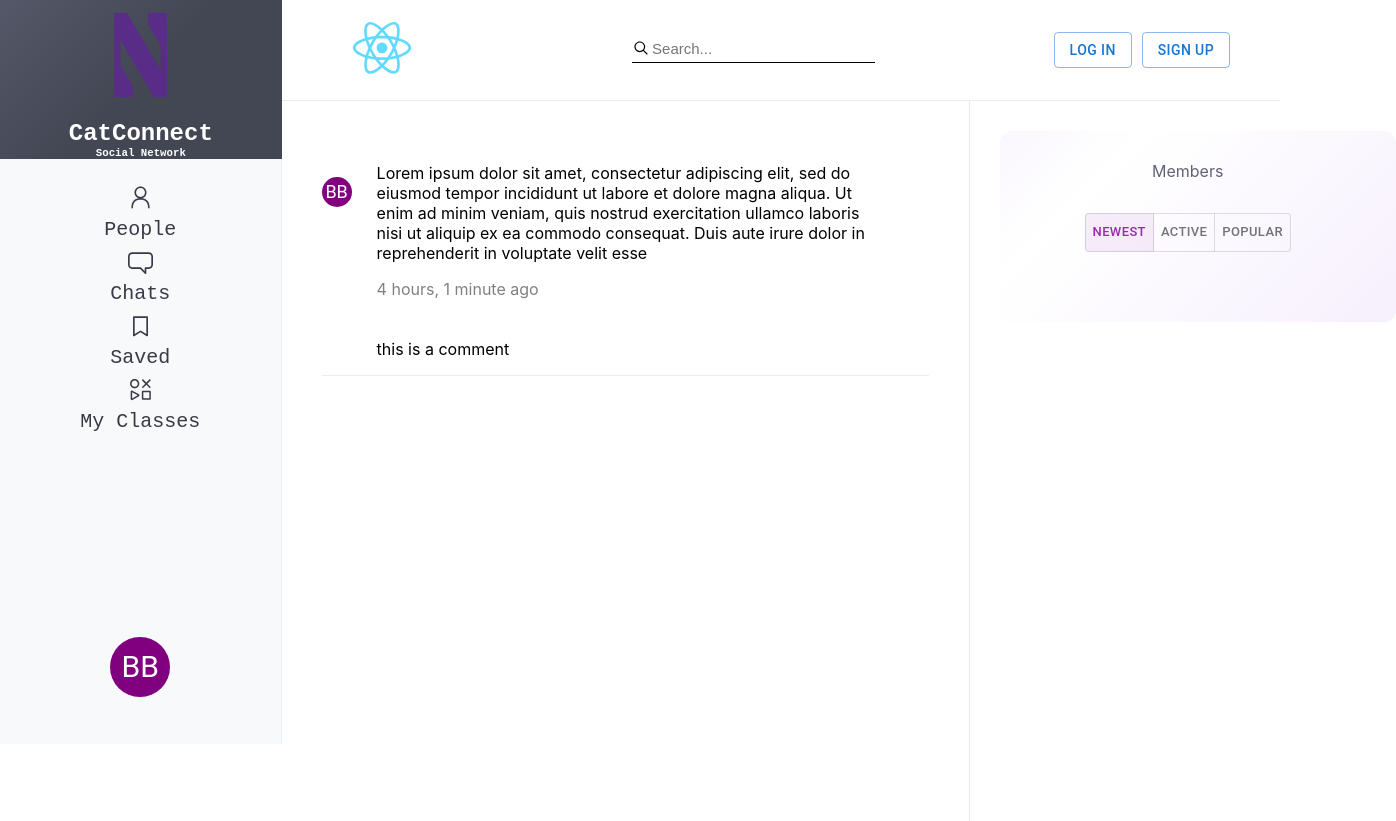
Repository: bbrockbrown/fws_proj
Page: / (app in frontend/)
These files come from the project's save history. The page is drawn as it stood at one moment and after the next save; the edit follows.
The browser window is 1280 px wide. The page is 1396 px wide, then 1286 px, then 1396 px, so the pictures cover 1396 px, including what lies to the right of the window. The pictures show the whole page.
The project was rebuilt for these pictures with package versions that can differ from the ones it lists, and the page was loaded fresh each time. Also part of the build but not shown: frontend/craco.config.js.

Above is the page before, as saved 2025-04-27 12:12:05.

After the next save:
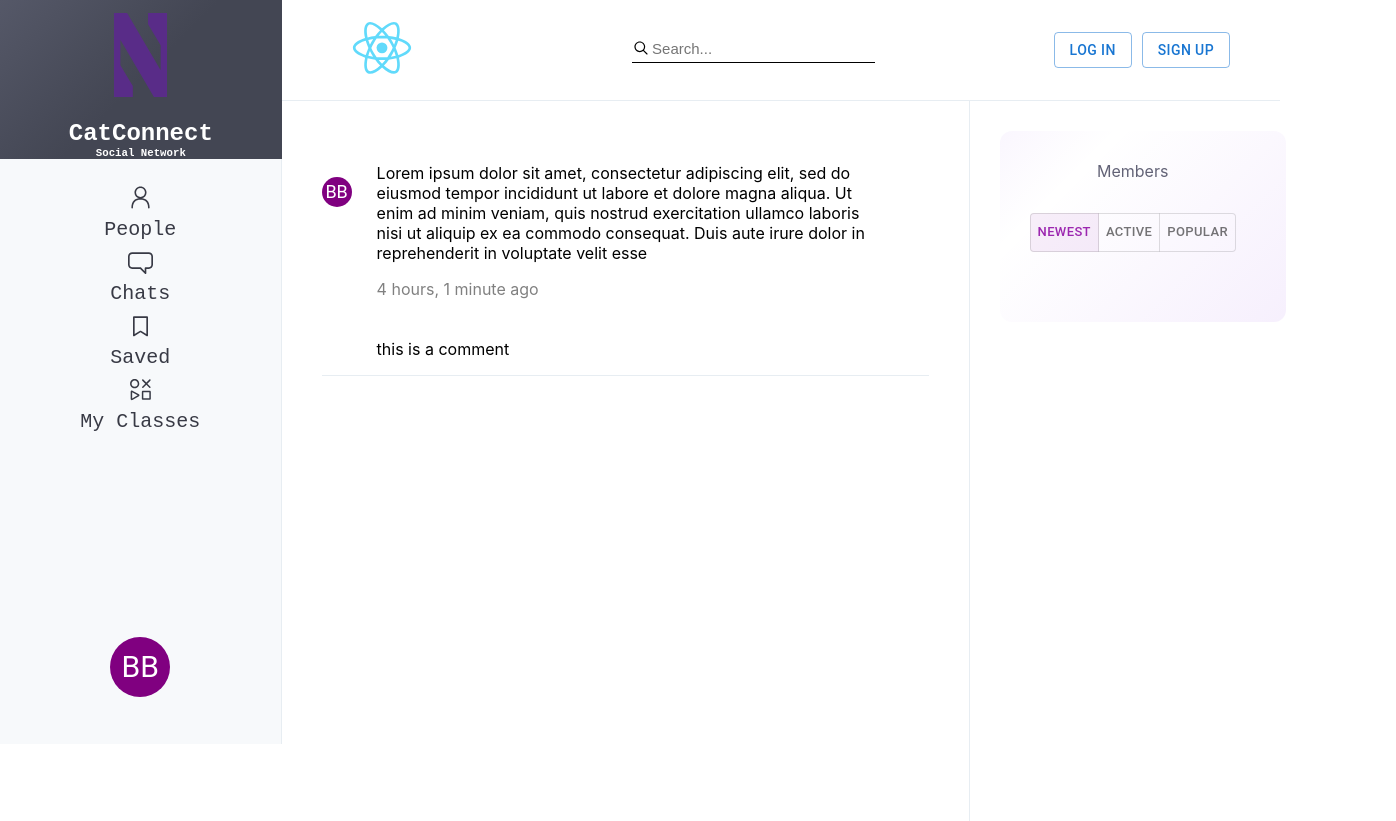
Saved 41 s later.
--- a/frontend/src/common/components/MemberCard.jsx
+++ b/frontend/src/common/components/MemberCard.jsx
@@ -5,8 +5,8 @@
 
 const MemCardContainer = styled.div`
   padding: 30px 50px 70px 30px;
-  min-width: 33.33%;
-  width: 100%;
+  // min-width: 33.33%;
+  // width: 100%;
   border-radius: 12px;
   color: rgb(98, 98, 118);
   background-color: rgba(130, 36, 227, 0.02);

After the save that followed:
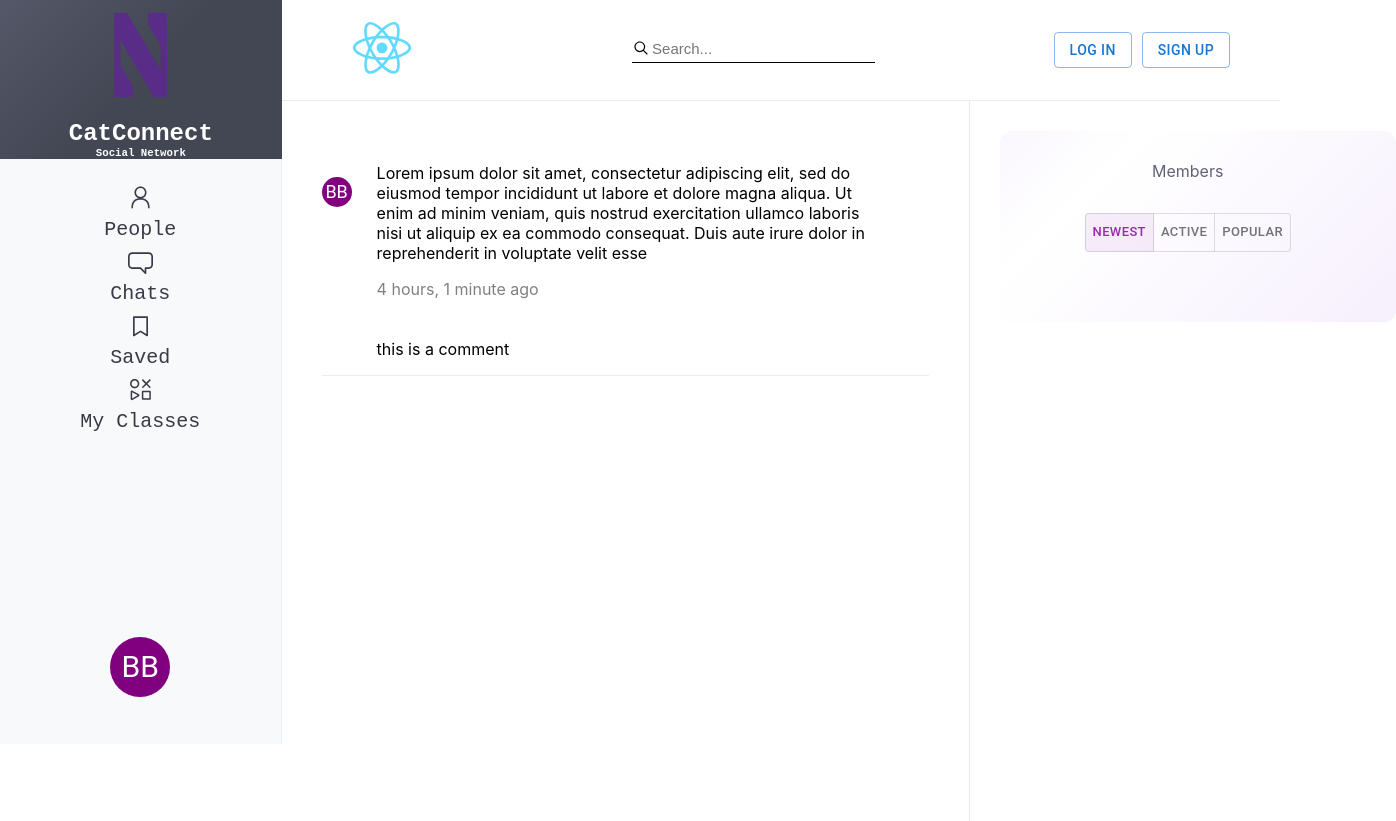
Saved 25 s later.
--- a/frontend/src/common/components/MemberCard.jsx
+++ b/frontend/src/common/components/MemberCard.jsx
@@ -5,8 +5,7 @@
 
 const MemCardContainer = styled.div`
   padding: 30px 50px 70px 30px;
-  // min-width: 33.33%;
-  // width: 100%;
+  width: 100%;
   border-radius: 12px;
   color: rgb(98, 98, 118);
   background-color: rgba(130, 36, 227, 0.02);
